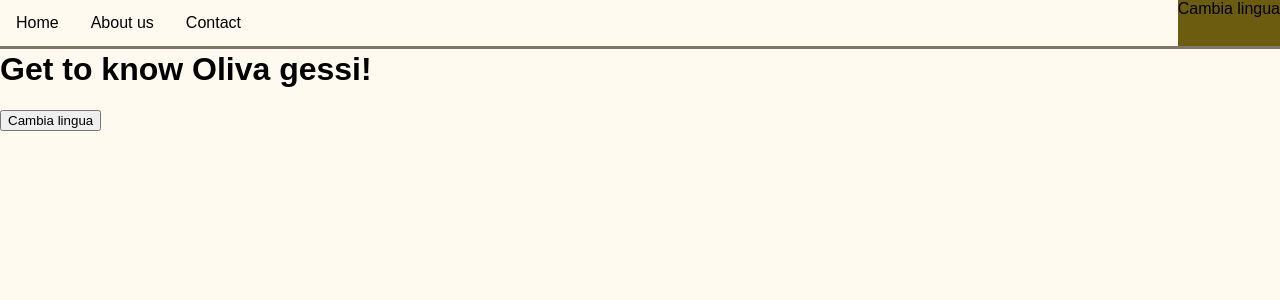
Repository: Seaside-Jokers/Oliva-gessi
Page: index.html
An editor plug-in stored every save of this project. The page is shown before and after a run of saves, followed by the edit.
The browser window is 1280 px wide. The pictures show the whole page.

Above is the page before, as saved 2026-02-16 19:24:23.

### index.html
<!DOCTYPE html>
<html lang="it">
<head>
    <meta charset="UTF-8">
    <title>Oliva gessi</title>
    <link rel="stylesheet" href="src/style.css">
</head>
<body>
    <nav class="navbar">
        <a class="nav-button" href="#" data-key="home">Home</a>
        <a class="nav-button" href="#" data-key="about">Chi siamo</a>
        <a class="nav-button" href="#" data-key="contact">Contatti</a>
        <a onclick="changeState()" data-key="change-language" class="change-language">
            Cambia lingua</a>
    </nav>

    <h1 data-key="titolo">Vieni a conoscere Oliva Gessi!</h1>
    <button onclick="changeState()" type="button">Cambia lingua</button>

    <!-- - - - - - - - - - - - - - - - - - - - - - - - - - - - - - - - - - - - -->
    <!--                              DO NOT TOUCH                             -->
    <!-- - - - - - - - - - - - - - - - - - - - - - - - - - - - - - - - - - - - -->
    <script src="src/database_testo.js"></script>
    <script src="src/color_scheme.js"></script>
</body>

<!-- TODO: leggi questo commento e poi eliminalo per favore: quando vuoi aggiungere un nuovo testo modificalo in src/database_testo.js -->
</html>

### src/style.css
body {
    font-family: 'Montserrat', sans-serif;
    margin: 0;
    padding: 0;
    padding-top: 30px;
    background-color: var(--colors-background);
}
.navbar {
    display: flex;
    overflow: hidden;
    background-color: var(--colors-surface);
    outline: 3px solid var(--colors-outline);
    position: fixed;
    top: 0;
    width: 100%;
}

.change-language {
    background-color: var(--colors-primary);
    color: var(--colors-onPrimary);
    border: none;
    padding: 0px, 20px;
    cursor: pointer;
    font-size: 16px;
    margin-left: auto;
}

a.nav-button {
    color: var(--colors-onSurface);
    text-decoration: none;
    padding: 14px 16px;
    display: block;
}

/*
    Fonts: https://ctrl-z.it/9-font-architettura-tavole-portfolio https://material-f/
    Design: foundation.github.io/material-theme-builder/
    Fonts: Playfair Display (titoli), Montserrat (testo normale)
*/

### src/database_testo.js
const traduzioni = {
    "it": {
        titolo: "Vieni a conoscere Oliva gessi!",
        home: "Home",
        about: "Chi siamo",
        contact: "Contatti"
    },
    "en": {
        titolo: "Get to know Oliva gessi!",
        home: "Home",
        about: "About us",
        contact: "Contact"
    }
}



/* -------------------------------------------------------------------------- */
/*                                DO NOT TOUCH                                */
/* -------------------------------------------------------------------------- */
var state =  getDefaultLang();

function aggiornaInterfaccia() {
    const elementi = document.querySelectorAll('[data-key]');

    elementi.forEach(el => {
        const chiave = el.getAttribute('data-key');
        const testoTradotto = traduzioni[state][chiave];

        if (testoTradotto) {
            el.textContent = testoTradotto;
        }
    });
}

/* -------------------------------------------------------------------------- */
/*                            Cambiamenti di stato                            */
/* -------------------------------------------------------------------------- */
function getDefaultLang() {
    if(navigator.language.substring(0, 2) === "en")
        return "en";

    return "it";
}
function defaultState() {
    state = getDefaultLang();
    aggiornaInterfaccia();
    return true;
}
function changeStateTo(_state) {
    if(_state !== "it" && _state !== "en") {
        defaultState();
        return;
    }
    state = _state;
    aggiornaInterfaccia();
}
function changeState() {
    if(state === "it")
        changeStateTo("en");
    else
        changeStateTo("it");
}

document.addEventListener("DOMContentLoaded", aggiornaInterfaccia);

### src/color_scheme.js
const ThemeManager = (() => {
    const colorScheme = {
        "light": {
            "primary": "hsl(50, 76%, 24%)",
            "surfaceTint": "hsl(50, 76%, 24%)",
            "onPrimary": "hsl(0, 0%, 100%)",
            "primaryContainer": "hsl(48, 89%, 75%)",
            "onPrimaryContainer": "hsl(51, 100%, 16%)",
            "secondary": "hsl(47, 23%, 33%)",
            "onSecondary": "hsl(0, 0%, 100%)",
            "secondaryContainer": "hsl(46, 60%, 84%)",
            "onSecondaryContainer": "hsl(48, 30%, 24%)",
            "tertiary": "hsl(139, 21%, 33%)",
            "onTertiary": "hsl(0, 0%, 100%)",
            "tertiaryContainer": "hsl(134, 51%, 85%)",
            "onTertiaryContainer": "hsl(141, 28%, 24%)",
            "error": "hsl(0, 75%, 42%)",
            "onError": "hsl(0, 0%, 100%)",
            "errorContainer": "hsl(6, 100%, 92%)",
            "onErrorContainer": "hsl(356, 100%, 29%)",
            "background": "hsl(39, 100%, 97%)",
            "onBackground": "hsl(44, 22%, 10%)",
            "surface": "hsl(39, 100%, 97%)",
            "onSurface": "hsl(44, 22%, 10%)",
            "surfaceVariant": "hsl(42, 38%, 87%)",
            "onSurfaceVariant": "hsl(47, 14%, 26%)",
            "outline": "hsl(46, 9%, 45%)",
            "outlineVariant": "hsl(43, 20%, 75%)",
            "shadow": "hsl(0, 0%, 0%)",
            "scrim": "hsl(0, 0%, 0%)",
            "inverseSurface": "hsl(45, 13%, 18%)",
            "inverseOnSurface": "hsl(40, 57%, 93%)",
            "inversePrimary": "hsl(48, 60%, 65%)",
            "primaryFixed": "hsl(48, 89%, 75%)",
            "onPrimaryFixed": "hsl(48, 100%, 7%)",
            "primaryFixedDim": "hsl(48, 60%, 65%)",
            "onPrimaryFixedVariant": "hsl(51, 100%, 16%)",
            "secondaryFixed": "hsl(46, 60%, 84%)",
            "onSecondaryFixed": "hsl(48, 78%, 7%)",
            "secondaryFixedDim": "hsl(46, 34%, 73%)",
            "onSecondaryFixedVariant": "hsl(48, 30%, 24%)",
            "tertiaryFixed": "hsl(134, 51%, 85%)",
            "onTertiaryFixed": "hsl(147, 100%, 6%)",
            "tertiaryFixedDim": "hsl(135, 29%, 74%)",
            "onTertiaryFixedVariant": "hsl(141, 28%, 24%)",
            "surfaceDim": "hsl(39, 24%, 84%)",
            "surfaceBright": "hsl(39, 100%, 97%)",
            "surfaceContainerLowest": "hsl(0, 0%, 100%)",
            "surfaceContainerLow": "hsl(40, 68%, 94%)",
            "surfaceContainer": "hsl(40, 49%, 92%)",
            "surfaceContainerHigh": "hsl(42, 37%, 89%)",
            "surfaceContainerHighest": "hsl(42, 30%, 87%)"
        },
        "light-medium-contrast": {
            "primary": "hsl(51, 100%, 13%)",
            "surfaceTint": "hsl(50, 76%, 24%)",
            "onPrimary": "hsl(0, 0%, 100%)",
            "primaryContainer": "hsl(49, 61%, 30%)",
            "onPrimaryContainer": "hsl(0, 0%, 100%)",
            "secondary": "hsl(49, 38%, 17%)",
            "onSecondary": "hsl(0, 0%, 100%)",
            "secondaryContainer": "hsl(48, 20%, 38%)",
            "onSecondaryContainer": "hsl(0, 0%, 100%)",
            "tertiary": "hsl(143, 39%, 17%)",
            "onTertiary": "hsl(0, 0%, 100%)",
            "tertiaryContainer": "hsl(139, 18%, 39%)",
            "onTertiaryContainer": "hsl(0, 0%, 100%)",
            "error": "hsl(357, 100%, 23%)",
            "onError": "hsl(0, 0%, 100%)",
            "errorContainer": "hsl(2, 68%, 48%)",
            "onErrorContainer": "hsl(0, 0%, 100%)",
            "background": "hsl(39, 100%, 97%)",
            "onBackground": "hsl(44, 22%, 10%)",
            "surface": "hsl(39, 100%, 97%)",
            "onSurface": "hsl(48, 36%, 5%)",
            "surfaceVariant": "hsl(42, 38%, 87%)",
            "onSurfaceVariant": "hsl(46, 17%, 19%)",
            "outline": "hsl(44, 12%, 30%)",
            "outlineVariant": "hsl(45, 10%, 41%)",
            "shadow": "hsl(0, 0%, 0%)",
            "scrim": "hsl(0, 0%, 0%)",
            "inverseSurface": "hsl(45, 13%, 18%)",
            "inverseOnSurface": "hsl(40, 57%, 93%)",
            "inversePrimary": "hsl(48, 60%, 65%)",
            "primaryFixed": "hsl(49, 61%, 30%)",
            "onPrimaryFixed": "hsl(0, 0%, 100%)",
            "primaryFixedDim": "hsl(51, 94%, 20%)",
            "onPrimaryFixedVariant": "hsl(0, 0%, 100%)",
            "secondaryFixed": "hsl(48, 20%, 38%)",
            "onSecondaryFixed": "hsl(0, 0%, 100%)",
            "secondaryFixedDim": "hsl(49, 25%, 29%)",
            "onSecondaryFixedVariant": "hsl(0, 0%, 100%)",
            "tertiaryFixed": "hsl(139, 18%, 39%)",
            "onTertiaryFixed": "hsl(0, 0%, 100%)",
            "tertiaryFixedDim": "hsl(139, 23%, 29%)",
            "onTertiaryFixedVariant": "hsl(0, 0%, 100%)",
            "surfaceDim": "hsl(41, 16%, 76%)",
            "surfaceBright": "hsl(39, 100%, 97%)",
            "surfaceContainerLowest": "hsl(0, 0%, 100%)",
            "surfaceContainerLow": "hsl(40, 68%, 94%)",
            "surfaceContainer": "hsl(42, 37%, 89%)",
            "surfaceContainerHigh": "hsl(39, 26%, 85%)",
            "surfaceContainerHighest": "hsl(41, 19%, 81%)"
        },
        "light-high-contrast": {
            "primary": "hsl(50, 100%, 10%)",
            "surfaceTint": "hsl(50, 76%, 24%)",
            "onPrimary": "hsl(0, 0%, 100%)",
            "primaryContainer": "hsl(50, 100%, 17%)",
            "onPrimaryContainer": "hsl(0, 0%, 100%)",
            "secondary": "hsl(49, 47%, 13%)",
            "onSecondary": "hsl(0, 0%, 100%)",
            "secondaryContainer": "hsl(48, 28%, 25%)",
            "onSecondaryContainer": "hsl(0, 0%, 100%)",
            "tertiary": "hsl(146, 52%, 13%)",
            "onTertiary": "hsl(0, 0%, 100%)",
            "tertiaryContainer": "hsl(141, 27%, 25%)",
            "onTertiaryContainer": "hsl(0, 0%, 100%)",
            "error": "hsl(357, 100%, 19%)",
            "onError": "hsl(0, 0%, 100%)",
            "errorContainer": "hsl(356, 100%, 30%)",
            "onErrorContainer": "hsl(0, 0%, 100%)",
            "background": "hsl(39, 100%, 97%)",
            "onBackground": "hsl(44, 22%, 10%)",
            "surface": "hsl(39, 100%, 97%)",
            "onSurface": "hsl(0, 0%, 0%)",
            "surfaceVariant": "hsl(42, 38%, 87%)",
            "onSurfaceVariant": "hsl(0, 0%, 0%)",
            "outline": "hsl(48, 19%, 15%)",
            "outlineVariant": "hsl(47, 13%, 27%)",
            "shadow": "hsl(0, 0%, 0%)",
            "scrim": "hsl(0, 0%, 0%)",
            "inverseSurface": "hsl(45, 13%, 18%)",
            "inverseOnSurface": "hsl(0, 0%, 100%)",
            "inversePrimary": "hsl(48, 60%, 65%)",
            "primaryFixed": "hsl(50, 100%, 17%)",
            "onPrimaryFixed": "hsl(0, 0%, 100%)",
            "primaryFixedDim": "hsl(50, 100%, 12%)",
            "onPrimaryFixedVariant": "hsl(0, 0%, 100%)",
            "secondaryFixed": "hsl(48, 28%, 25%)",
            "onSecondaryFixed": "hsl(0, 0%, 100%)",
            "secondaryFixedDim": "hsl(49, 41%, 16%)",
            "onSecondaryFixedVariant": "hsl(0, 0%, 100%)",
            "tertiaryFixed": "hsl(141, 27%, 25%)",
            "onTertiaryFixed": "hsl(0, 0%, 100%)",
            "tertiaryFixedDim": "hsl(145, 43%, 16%)",
            "onTertiaryFixedVariant": "hsl(0, 0%, 100%)",
            "surfaceDim": "hsl(41, 13%, 71%)",
            "surfaceBright": "hsl(39, 100%, 97%)",
            "surfaceContainerLowest": "hsl(0, 0%, 100%)",
            "surfaceContainerLow": "hsl(40, 57%, 93%)",
            "surfaceContainer": "hsl(42, 30%, 87%)",
            "surfaceContainerHigh": "hsl(42, 21%, 82%)",
            "surfaceContainerHighest": "hsl(41, 16%, 76%)"
        },
        "dark": {
            "primary": "hsl(48, 60%, 65%)",
            "surfaceTint": "hsl(48, 60%, 65%)",
            "onPrimary": "hsl(50, 100%, 11%)",
            "primaryContainer": "hsl(51, 100%, 16%)",
            "onPrimaryContainer": "hsl(48, 89%, 75%)",
            "secondary": "hsl(46, 34%, 73%)",
            "onSecondary": "hsl(49, 42%, 15%)",
            "secondaryContainer": "hsl(48, 30%, 24%)",
            "onSecondaryContainer": "hsl(46, 60%, 84%)",
            "tertiary": "hsl(135, 29%, 74%)",
            "onTertiary": "hsl(146, 47%, 15%)",
            "tertiaryContainer": "hsl(141, 28%, 24%)",
            "onTertiaryContainer": "hsl(134, 51%, 85%)",
            "error": "hsl(6, 100%, 84%)",
            "onError": "hsl(357, 100%, 21%)",
            "errorContainer": "hsl(356, 100%, 29%)",
            "onErrorContainer": "hsl(6, 100%, 92%)",
            "background": "hsl(48, 31%, 6%)",
            "onBackground": "hsl(42, 30%, 87%)",
            "surface": "hsl(48, 31%, 6%)",
            "onSurface": "hsl(42, 30%, 87%)",
            "surfaceVariant": "hsl(47, 14%, 26%)",
            "onSurfaceVariant": "hsl(43, 20%, 75%)",
            "outline": "hsl(44, 9%, 55%)",
            "outlineVariant": "hsl(47, 14%, 26%)",
            "shadow": "hsl(0, 0%, 0%)",
            "scrim": "hsl(0, 0%, 0%)",
            "inverseSurface": "hsl(42, 30%, 87%)",
            "inverseOnSurface": "hsl(45, 13%, 18%)",
            "inversePrimary": "hsl(50, 76%, 24%)",
            "primaryFixed": "hsl(48, 89%, 75%)",
            "onPrimaryFixed": "hsl(48, 100%, 7%)",
            "primaryFixedDim": "hsl(48, 60%, 65%)",
            "onPrimaryFixedVariant": "hsl(51, 100%, 16%)",
            "secondaryFixed": "hsl(46, 60%, 84%)",
            "onSecondaryFixed": "hsl(48, 78%, 7%)",
            "secondaryFixedDim": "hsl(46, 34%, 73%)",
            "onSecondaryFixedVariant": "hsl(48, 30%, 24%)",
            "tertiaryFixed": "hsl(134, 51%, 85%)",
            "onTertiaryFixed": "hsl(147, 100%, 6%)",
            "tertiaryFixedDim": "hsl(135, 29%, 74%)",
            "onTertiaryFixedVariant": "hsl(141, 28%, 24%)",
            "surfaceDim": "hsl(48, 31%, 6%)",
            "surfaceBright": "hsl(45, 11%, 21%)",
            "surfaceContainerLowest": "hsl(47, 39%, 5%)",
            "surfaceContainerLow": "hsl(44, 22%, 10%)",
            "surfaceContainer": "hsl(49, 19%, 11%)",
            "surfaceContainerHigh": "hsl(45, 15%, 15%)",
            "surfaceContainerHighest": "hsl(46, 13%, 19%)"
        },
        "dark-medium-contrast": {
            "primary": "hsl(48, 81%, 73%)",
            "surfaceTint": "hsl(48, 60%, 65%)",
            "onPrimary": "hsl(49, 100%, 9%)",
            "primaryContainer": "hsl(49, 44%, 44%)",
            "onPrimaryContainer": "hsl(0, 0%, 0%)",
            "secondary": "hsl(46, 52%, 81%)",
            "onSecondary": "hsl(48, 56%, 11%)",
            "secondaryContainer": "hsl(47, 18%, 52%)",
            "onSecondaryContainer": "hsl(0, 0%, 0%)",
            "tertiary": "hsl(134, 44%, 83%)",
            "onTertiary": "hsl(147, 69%, 10%)",
            "tertiaryContainer": "hsl(137, 15%, 53%)",
            "onTertiaryContainer": "hsl(0, 0%, 0%)",
            "error": "hsl(7, 100%, 90%)",
            "onError": "hsl(358, 100%, 16%)",
            "errorContainer": "hsl(4, 100%, 64%)",
            "onErrorContainer": "hsl(0, 0%, 0%)",
            "background": "hsl(48, 31%, 6%)",
            "onBackground": "hsl(42, 30%, 87%)",
            "surface": "hsl(48, 31%, 6%)",
            "onSurface": "hsl(0, 0%, 100%)",
            "surfaceVariant": "hsl(47, 14%, 26%)",
            "onSurfaceVariant": "hsl(43, 31%, 84%)",
            "outline": "hsl(42, 14%, 67%)",
            "outlineVariant": "hsl(44, 9%, 55%)",
            "shadow": "hsl(0, 0%, 0%)",
            "scrim": "hsl(0, 0%, 0%)",
            "inverseSurface": "hsl(42, 30%, 87%)",
            "inverseOnSurface": "hsl(45, 15%, 15%)",
            "inversePrimary": "hsl(50, 100%, 17%)",
            "primaryFixed": "hsl(48, 89%, 75%)",
            "onPrimaryFixed": "hsl(46, 100%, 4%)",
            "primaryFixedDim": "hsl(48, 60%, 65%)",
            "onPrimaryFixedVariant": "hsl(51, 100%, 13%)",
            "secondaryFixed": "hsl(46, 60%, 84%)",
            "onSecondaryFixed": "hsl(46, 100%, 4%)",
            "secondaryFixedDim": "hsl(46, 34%, 73%)",
            "onSecondaryFixedVariant": "hsl(49, 38%, 17%)",
            "tertiaryFixed": "hsl(134, 51%, 85%)",
            "onTertiaryFixed": "hsl(143, 100%, 4%)",
            "tertiaryFixedDim": "hsl(135, 29%, 74%)",
            "onTertiaryFixedVariant": "hsl(143, 39%, 17%)",
            "surfaceDim": "hsl(48, 31%, 6%)",
            "surfaceBright": "hsl(43, 11%, 25%)",
            "surfaceContainerLowest": "hsl(40, 50%, 2%)",
            "surfaceContainerLow": "hsl(44, 21%, 10%)",
            "surfaceContainer": "hsl(49, 15%, 14%)",
            "surfaceContainerHigh": "hsl(45, 13%, 18%)",
            "surfaceContainerHighest": "hsl(42, 11%, 23%)"
        },
        "dark-high-contrast": {
            "primary": "hsl(47, 100%, 86%)",
            "surfaceTint": "hsl(48, 60%, 65%)",
            "onPrimary": "hsl(0, 0%, 0%)",
            "primaryContainer": "hsl(48, 57%, 63%)",
            "onPrimaryContainer": "hsl(44, 100%, 3%)",
            "secondary": "hsl(46, 89%, 89%)",
            "onSecondary": "hsl(0, 0%, 0%)",
            "secondaryContainer": "hsl(46, 32%, 71%)",
            "onSecondaryContainer": "hsl(44, 100%, 3%)",
            "tertiary": "hsl(134, 80%, 90%)",
            "onTertiary": "hsl(0, 0%, 0%)",
            "tertiaryContainer": "hsl(135, 28%, 72%)",
            "onTertiaryContainer": "hsl(140, 100%, 3%)",
            "error": "hsl(8, 100%, 96%)",
            "onError": "hsl(0, 0%, 0%)",
            "errorContainer": "hsl(7, 100%, 82%)",
            "onErrorContainer": "hsl(358, 100%, 7%)",
            "background": "hsl(48, 31%, 6%)",
            "onBackground": "hsl(42, 30%, 87%)",
            "surface": "hsl(48, 31%, 6%)",
            "onSurface": "hsl(0, 0%, 100%)",
            "surfaceVariant": "hsl(47, 14%, 26%)",
            "onSurfaceVariant": "hsl(0, 0%, 100%)",
            "outline": "hsl(42, 62%, 92%)",
            "outlineVariant": "hsl(42, 18%, 74%)",
            "shadow": "hsl(0, 0%, 0%)",
            "scrim": "hsl(0, 0%, 0%)",
            "inverseSurface": "hsl(42, 30%, 87%)",
            "inverseOnSurface": "hsl(0, 0%, 0%)",
            "inversePrimary": "hsl(50, 100%, 17%)",
            "primaryFixed": "hsl(48, 89%, 75%)",
            "onPrimaryFixed": "hsl(0, 0%, 0%)",
            "primaryFixedDim": "hsl(48, 60%, 65%)",
            "onPrimaryFixedVariant": "hsl(46, 100%, 4%)",
            "secondaryFixed": "hsl(46, 60%, 84%)",
            "onSecondaryFixed": "hsl(0, 0%, 0%)",
            "secondaryFixedDim": "hsl(46, 34%, 73%)",
            "onSecondaryFixedVariant": "hsl(46, 100%, 4%)",
            "tertiaryFixed": "hsl(134, 51%, 85%)",
            "onTertiaryFixed": "hsl(0, 0%, 0%)",
            "tertiaryFixedDim": "hsl(135, 29%, 74%)",
            "onTertiaryFixedVariant": "hsl(143, 100%, 4%)",
            "surfaceDim": "hsl(48, 31%, 6%)",
            "surfaceBright": "hsl(46, 8%, 30%)",
            "surfaceContainerLowest": "hsl(0, 0%, 0%)",
            "surfaceContainerLow": "hsl(49, 19%, 11%)",
            "surfaceContainer": "hsl(45, 13%, 18%)",
            "surfaceContainerHigh": "hsl(45, 11%, 22%)",
            "surfaceContainerHighest": "hsl(46, 10%, 26%)"
        }
    };

    let currentColorScheme = null;
    const STORAGE_KEY = 'user-color-scheme';
    const listeners = [];

    /**
     * Estrae il livello di contrasto dallo schema corrente
     * @param {string} scheme - Nome dello schema (es. 'dark-high-contrast')
     * @returns {string} Il livello di contrasto ('', 'medium-contrast', 'high-contrast')
     */
    function getContrastLevel(scheme) {
        if (scheme.includes('high-contrast')) return 'high-contrast';
        if (scheme.includes('medium-contrast')) return 'medium-contrast';
        return '';
    }

    /**
     * Ottiene lo schema colore preferito dal sistema operativo
     * @returns {string} 'dark' o 'light'
     */
    function getBrowserColorScheme() {
        if (window.matchMedia?.('(prefers-color-scheme: dark)').matches) {
            return 'dark';
        }
        return 'light';
    }

    /**
     * Aggiorna le variabili CSS con i colori dello schema corrente
     */
    function updateThemeColors() {
        const colors = colorScheme[currentColorScheme];
        if (!colors) {
            console.error(`Impossibile trovare i colori per lo schema: ${currentColorScheme}`);
            return;
        }

        const root = document.documentElement;

        // Applica ogni colore come variabile CSS
        for (const [key, value] of Object.entries(colors)) {
            const cssVarName = key.replace(/([A-Z])/g, '-$1').toLowerCase();
            root.style.setProperty(`--colors-${cssVarName}`, value);
        }

        // Notifica i listener del cambio tema
        notifyListeners(currentColorScheme);
    }

    /**
     * Cambia lo schema colore
     * @param {string} scheme - Nome dello schema da applicare
     * @returns {boolean} True se il cambio è avvenuto con successo
     */
    function changeColorScheme(scheme) {
        if (!colorScheme[scheme]) {
            console.error(`Schema colore non valido: ${scheme}`);
            return false;
        }

        currentColorScheme = scheme;
        updateThemeColors();

        // Salva la preferenza in localStorage
        try {
            localStorage.setItem(STORAGE_KEY, scheme);
        } catch (e) {
            console.warn('Impossibile salvare le preferenze tema:', e);
        }

        return true;
    }

    /**
     * Alterna tra modalità chiara e scura mantenendo il livello di contrasto
     */
    function toggleLightDark() {
        const isDark = currentColorScheme.startsWith('dark');
        const contrastLevel = getContrastLevel(currentColorScheme);

        const newScheme = isDark
            ? (contrastLevel ? `light-${contrastLevel}` : 'light')
            : (contrastLevel ? `dark-${contrastLevel}` : 'dark');

        changeColorScheme(newScheme);
    }

    /**
     * Imposta lo schema colore con livello di contrasto opzionale
     * @param {string} scheme - 'light' o 'dark'
     * @param {string} contrastLevel - '', 'medium-contrast' o 'high-contrast'
     */
    function setColorScheme(scheme, contrastLevel = '') {
        const fullScheme = contrastLevel ? `${scheme}-${contrastLevel}` : scheme;
        changeColorScheme(fullScheme);
    }

    /**
     * Registra un listener per i cambiamenti di tema
     * @param {Function} callback - Funzione chiamata quando il tema cambia
     * @returns {Function} Funzione per rimuovere il listener
     */
    function addThemeChangeListener(callback) {
        if (typeof callback !== 'function') {
            console.error('Il listener deve essere una funzione');
            return () => {};
        }

        listeners.push(callback);

        // Restituisce funzione per rimuovere il listener
        return () => {
            const index = listeners.indexOf(callback);
            if (index > -1) {
                listeners.splice(index, 1);
            }
        };
    }

    /**
     * Notifica tutti i listener del cambio tema
     * @param {string} newScheme - Il nuovo schema applicato
     */
    function notifyListeners(newScheme) {
        listeners.forEach(callback => {
            try {
                callback(newScheme);
            } catch (e) {
                console.error('Errore nel listener del tema:', e);
            }
        });
    }

    /**
     * Resetta le preferenze salvate e torna allo schema di sistema
     */
    function resetToSystemPreference() {
        try {
            localStorage.removeItem(STORAGE_KEY);
        } catch (e) {
            console.warn('Impossibile rimuovere le preferenze salvate:', e);
        }

        const systemScheme = getBrowserColorScheme();
        changeColorScheme(systemScheme);
    }

    /**
     * Ottiene tutti gli schemi disponibili
     * @returns {string[]} Array con i nomi di tutti gli schemi disponibili
     */
    function getAvailableSchemes() {
        return Object.keys(colorScheme);
    }

    /**
     * Verifica se lo schema corrente è scuro
     * @returns {boolean} True se il tema corrente è scuro
     */
    function isDarkMode() {
        return currentColorScheme?.startsWith('dark') ?? false;
    }

    /**
     * Inizializza il sistema di gestione temi
     */
    function init() {
        // 1. Cerca una preferenza salvata
        let savedScheme = null;
        try {
            savedScheme = localStorage.getItem(STORAGE_KEY);
        } catch (e) {
            console.warn('Impossibile leggere le preferenze tema:', e);
        }

        // 2. Usa quella salvata se valida, altrimenti usa quella del sistema
        const initialScheme = savedScheme && colorScheme[savedScheme]
            ? savedScheme
            : getBrowserColorScheme();

        changeColorScheme(initialScheme);

        // 3. Ascolta i cambiamenti di preferenza di sistema
        const mediaQuery = window.matchMedia?.('(prefers-color-scheme: dark)');
        if (mediaQuery) {
            mediaQuery.addEventListener('change', (e) => {
                // Aggiorna solo se non c'è una preferenza salvata dall'utente
                try {
                    const hasSavedPreference = localStorage.getItem(STORAGE_KEY);
                    if (!hasSavedPreference) {
                        const systemScheme = e.matches ? 'dark' : 'light';
                        const contrastLevel = getContrastLevel(currentColorScheme);
                        setColorScheme(systemScheme, contrastLevel);
                    }
                } catch (err) {
                    console.warn('Errore nella gestione del cambio tema di sistema:', err);
                }
            });
        }
    }

    // Espone l'API pubblica
    return {
        init,
        changeColorScheme,
        toggleLightDark,
        setColorScheme,
        getCurrentScheme: () => currentColorScheme,
        getAvailableSchemes,
        isDarkMode,
        addThemeChangeListener,
        resetToSystemPreference
    };
})();

// Inizializza automaticamente quando il DOM è pronto
if (document.readyState === 'loading') {
    document.addEventListener('DOMContentLoaded', ThemeManager.init);
} else {
    ThemeManager.init();
}

After the next 2 saves:
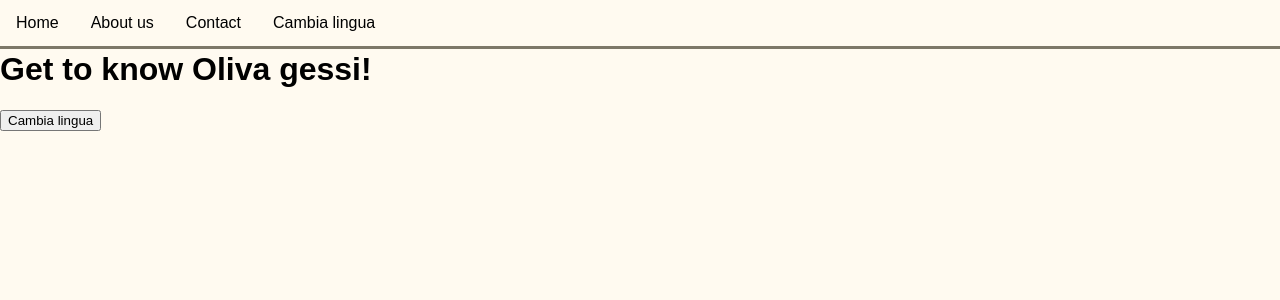
The 2 saves are shown as one change because they came seconds apart.
The last was saved 13 s later.
--- a/index.html
+++ b/index.html
@@ -10,7 +10,7 @@
         <a class="nav-button" href="#" data-key="home">Home</a>
         <a class="nav-button" href="#" data-key="about">Chi siamo</a>
         <a class="nav-button" href="#" data-key="contact">Contatti</a>
-        <a onclick="changeState()" data-key="change-language" class="change-language">
+        <a class="nav-button" onclick="changeState()" data-key="change-language">
             Cambia lingua</a>
     </nav>
 

After the 2 saves that followed:
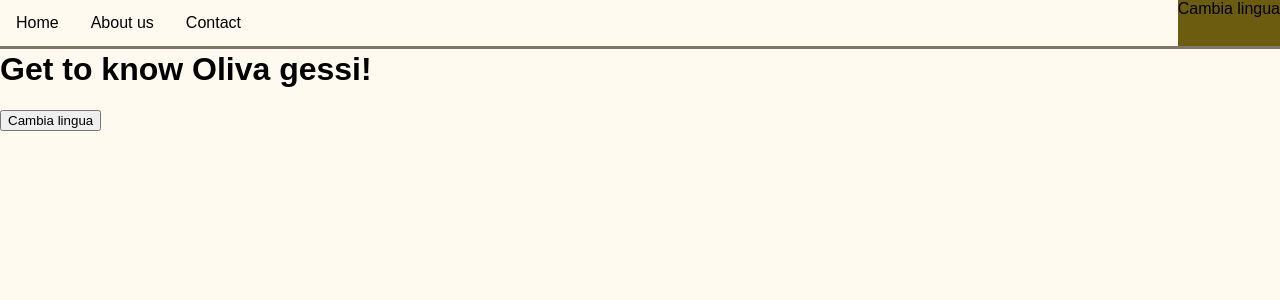
The 2 saves are shown as one change because they came seconds apart.
The last was saved 15 s later.
--- a/index.html
+++ b/index.html
@@ -10,7 +10,7 @@
         <a class="nav-button" href="#" data-key="home">Home</a>
         <a class="nav-button" href="#" data-key="about">Chi siamo</a>
         <a class="nav-button" href="#" data-key="contact">Contatti</a>
-        <a class="nav-button" onclick="changeState()" data-key="change-language">
+        <a onclick="changeState()" data-key="change-language" class="change-language">
             Cambia lingua</a>
     </nav>
 
